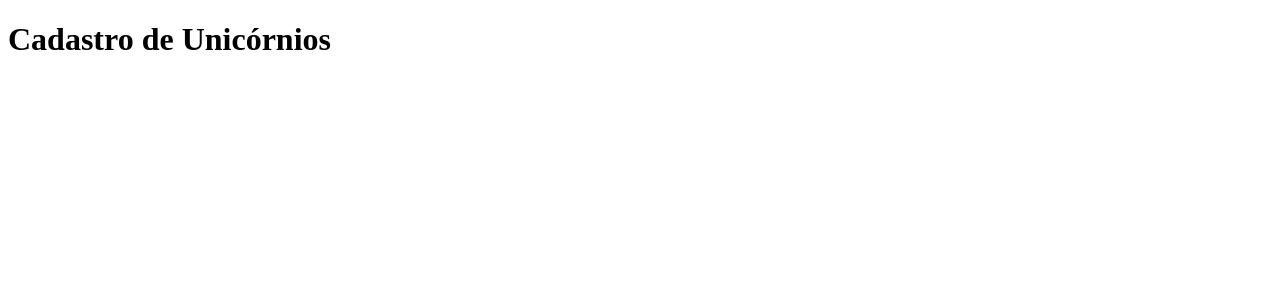
Repository: ViniciusSevero/FIAP-2TDSF-DBE-2sem
Page: http://localhost/03-Spring/unicornio/cadastrar
An editor plug-in stored every save of this project. The page is shown before and after the next save, followed by the edit.
The browser window is 1280 px wide. The pictures show the whole page.
The page is served by Tomcat 9.

Above is the page before, as saved 2017-08-22 13:55:00.

After the next save:
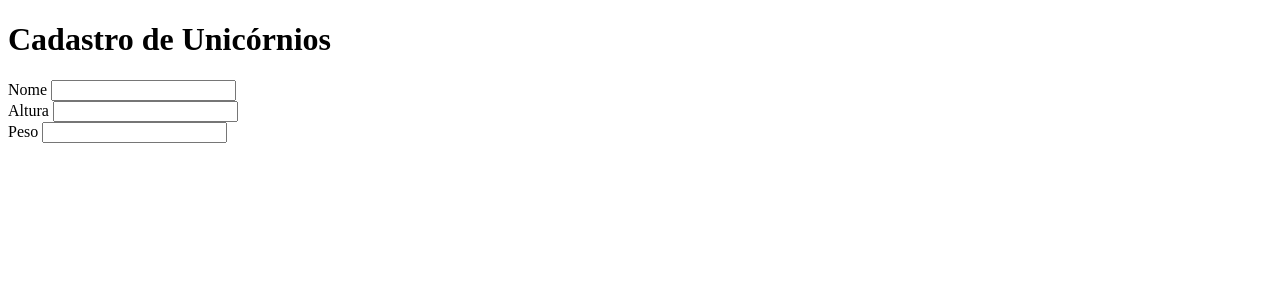
Saved 59 s later.
--- a/03-Spring/WebContent/WEB-INF/jsp/unicornio/cadastro.jsp
+++ b/03-Spring/WebContent/WEB-INF/jsp/unicornio/cadastro.jsp
@@ -10,7 +10,18 @@
 	<h1>Cadastro de Unicórnios</h1>
 
 	<form>
-
+		<div>
+			<label>Nome</label>
+			<input type="text" name="nome">
+		</div>
+		<div>
+			<label>Altura</label>
+			<input type="text" name="altura">
+		</div>
+		<div>
+			<label>Peso</label>
+			<input type="text" name="peso">
+		</div>
 	</form>
 </body>
 </html>
